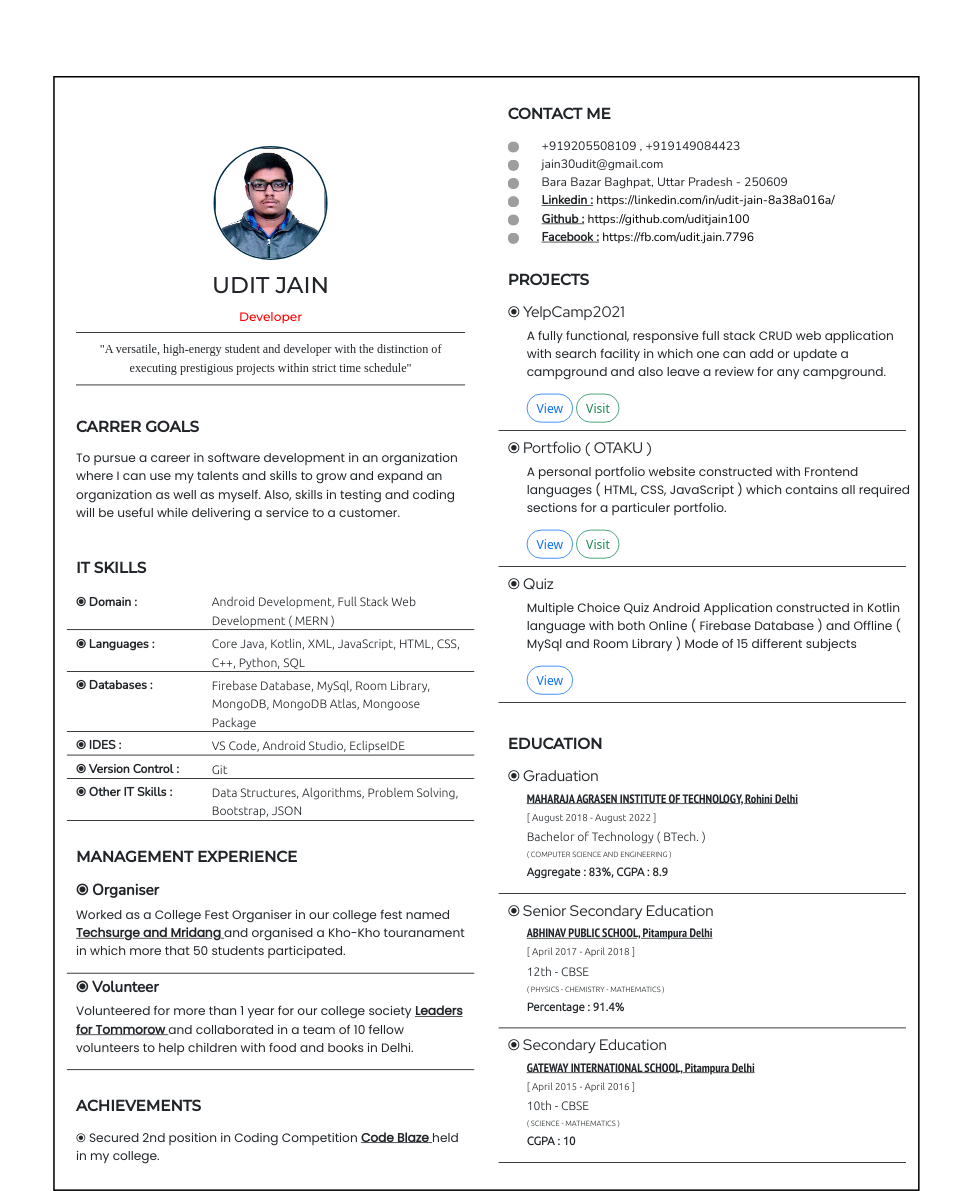
Repository: uditjain100/Resume
Page: index.html
These files come from the project's save history. The page is drawn as it stood at one moment and after the next save; the edit follows.
The browser window is 1280 px wide. The pictures show the whole page, at 76% of full size.
Pictures or frames that could not be fetched are drawn as grey boxes. Some web fonts or font styles are not loaded; a fallback is used. Some web libraries are served in a nearby version.

Above is the page before, as saved 2021-03-03 00:23:23.

### index.html
<!-- <a
href="https://linkedin.com/in/udit-jain-8a38a016a/"
class="btn btn-outline-success rounded-pill"
>Linkedin</a
> -->
<!DOCTYPE html>
<html lang="en">
  <head>
    <meta charset="UTF-8" />
    <meta http-equiv="X-UA-Compatible" content="IE=edge" />
    <meta name="viewport" content="width=device-width, initial-scale=1.0" />
    <title>RESUME : Udit Jain</title>
    <link rel="stylesheet" href="app.css" />
    <script
      src="https://code.jquery.com/jquery-3.5.1.min.js"
      integrity="sha256-9/aliU8dGd2tb6OSsuzixeV4y/faTqgFtohetphbbj0="
      crossorigin="anonymous"
    ></script>
    <link
      href="https://cdn.jsdelivr.net/npm/bootstrap@5.0.0-beta1/dist/css/bootstrap.min.css"
      rel="stylesheet"
      integrity="sha384-giJF6kkoqNQ00vy+HMDP7azOuL0xtbfIcaT9wjKHr8RbDVddVHyTfAAsrekwKmP1"
      crossorigin="anonymous"
    />

    <link rel="preconnect" href="https://fonts.gstatic.com" />
    <link
      href="https://fonts.googleapis.com/css2?family=Montserrat:wght@300;500&display=swap"
      rel="stylesheet"
    />
    <link
      href="https://fonts.googleapis.com/css2?family=Roboto+Slab:wght@300&display=swap"
      rel="stylesheet"
    />
    <link
      href="https://fonts.googleapis.com/css2?family=Spartan:wght@500&display=swap"
      rel="stylesheet"
    />
    <link
      href="https://fonts.googleapis.com/css2?family=Red+Hat+Display&display=swap"
      rel="stylesheet"
    />
    <link
      href="https://fonts.googleapis.com/css2?family=Ubuntu:wght@300&display=swap"
      rel="stylesheet"
    />
    <link
      href="https://fonts.googleapis.com/css2?family=Quicksand:wght@700&display=swap"
      rel="stylesheet"
    />
    <link
      href="https://fonts.googleapis.com/css2?family=Nunito&display=swap"
      rel="stylesheet"
    />
    <link
      href="https://fonts.googleapis.com/css2?family=Akaya+Kanadaka&display=swap"
      rel="stylesheet"
    />
    <link
      href="https://fonts.googleapis.com/css2?family=Akaya+Kanadaka&family=PT+Sans+Narrow:wght@700&display=swap"
      rel="stylesheet"
    />
    <link
      href="https://fonts.googleapis.com/css2?family=Poppins:wght@400&display=swap"
      rel="stylesheet"
    />
  </head>
  <body class="md-5">
    <div class="container">
      <div id="wholewindow" class="row md-5">
        <div id="leftwindow" class="col-6">
          <div id="namebox" style="border: none">
            <img
              id="profileimg"
              src="profile.jpg"
              class="card-img-top"
              alt="..."
            />
            <div class="card-body">
              <h3 class="card-title" style="font-size: 30px; font-weight: 400">
                UDIT JAIN
              </h3>
              <h6 class="card-subtitle mx-auto">Developer</h6>
              <p id="summary">
                "A versatile, high-energy student and developer with the
                distinction of executing prestigious projects within strict time
                schedule"
              </p>
            </div>
          </div>
          <div id="goalbox" style="border: none">
            <div class="card-body">
              <h3 class="card-title">CARRER GOALS</h3>
              <p>
                To pursue a career in software development in an organization
                where I can use my talents and skills to grow and expand an
                organization as well as myself. Also, skills in testing and
                coding will be useful while delivering a service to a customer.
              </p>
            </div>
          </div>
          <div id="itskillsbox" style="border: none">
            <div class="card-body">
              <h3 class="card-title">IT SKILLS</h3>
              <ul class="list-group">
                <li id="itskillsitem" class="row">
                  <span class="col-4" id="que">⦿ Domain : </span>
                  <span class="col-8" id="ans"
                    >Android Development, Full Stack Web Development ( MERN
                    )</span
                  >
                </li>
                <li id="itskillsitem" class="row">
                  <span class="col-4" id="que">⦿ Languages : </span>
                  <span class="col-8" id="ans"
                    >Core Java, Kotlin, XML, JavaScript, HTML, CSS, C++, Python,
                    SQL</span
                  >
                </li>
                <li id="itskillsitem" class="row">
                  <span class="col-4" id="que">⦿ Databases : </span>
                  <span class="col-8" id="ans"
                    >Firebase Database, MySql, Room Library, MongoDB, MongoDB
                    Atlas, Mongoose Package</span
                  >
                </li>
                <li id="itskillsitem" class="row">
                  <span class="col-4" id="que">⦿ IDES : </span>
                  <span class="col-8" id="ans"
                    >VS Code, Android Studio, EclipseIDE</span
                  >
                </li>
                <li id="itskillsitem" class="row">
                  <span class="col-4" id="que">⦿ Version Control : </span>
                  <span class="col-8" id="ans">Git</span>
                </li>
                <li id="itskillsitem" class="row">
                  <span class="col-4" id="que">⦿ Other IT Skills : </span>
                  <span class="col-8" id="ans"
                    >Data Structures, Algorithms, Problem Solving, Bootstrap,
                    JSON</span
                  >
                </li>
              </ul>
            </div>
          </div>
          <div id="managementskillsbox" style="border: none">
            <div class="card-body">
              <h3 class="card-title">MANAGEMENT EXPERIENCE</h3>
              <ul class="list-group">
                <li id="managementskillsitem" class="row">
                  <h5 id="que" class="display-10">⦿ Organiser</h5>
                  <p>
                    Worked as a College Fest Organiser in our college fest named
                    <span style="font-weight: 700; text-decoration: underline"
                      >Techsurge and Mridang
                    </span>
                    and organised a Kho-Kho touranament in which more that 50
                    students participated.
                  </p>
                </li>
                <li id="managementskillsitem" class="row">
                  <h5 id="que" class="display-10">⦿ Volunteer</h5>
                  <p>
                    Volunteered for more than 1 year for our college society
                    <span style="font-weight: 700; text-decoration: underline"
                      >Leaders for Tommorow </span
                    >and collaborated in a team of 10 fellow volunteers to help
                    children with food and books in Delhi.
                  </p>
                </li>
              </ul>
            </div>
          </div>
          <div id="achievementsbox" style="border: none">
            <div class="card-body">
              <h3 class="card-title">ACHIEVEMENTS</h3>
              <ul class="list-group">
                <li id="achievementitem" class="row">
                  <p>
                    ⦿ Secured 2nd position in Coding Competition
                    <span style="font-weight: 700; text-decoration: underline"
                      >Code Blaze
                    </span>
                    held in my college.
                  </p>
                </li>
              </ul>
            </div>
          </div>
        </div>
        <div id="rightwindow" class="col-6">
          <div id="contactbox" style="border: none">
            <div class="card-body">
              <h3 class="card-title">CONTACT ME</h3>
              <ul class="list-group">
                <li id="contactitem" class="row">
                  <div class="col-1">
                    <img
                      src="https://cdn.jsdelivr.net/npm/simple-icons@3.0.1/icons/android.svg"
                      alt=""
                    />
                  </div>
                  <div class="col-11">+919205508109 , +919149084423</div>
                </li>
                <li id="contactitem" class="row">
                  <div class="col-1">
                    <img
                      src="https://cdn.jsdelivr.net/npm/simple-icons@3.0.1/icons/gmail.svg"
                      alt=""
                    />
                  </div>
                  <div class="col-11">jain30udit@gmail.com</div>
                </li>
                <li id="contactitem" class="row">
                  <div class="col-1">
                    <img
                      src="https://cdn.jsdelivr.net/npm/simple-icons@3.0.1/icons/googlemaps.svg"
                      alt=""
                    />
                  </div>
                  <div class="col-11">
                    Bara Bazar Baghpat, Uttar Pradesh - 250609
                  </div>
                </li>
                <!-- <li id="contactitem" class="row">
                  <div class="col-1">
                    <img
                      src="https://cdn.jsdelivr.net/npm/simple-icons@4.13.0/icons/webpack.svg"
                      alt=""
                    />
                  </div>
                  <div style="text-align: left; margin-left: 0" class="col-11">
                    <span style="text-decoration: underline; font-weight: 800"
                      >Portfolio :</span
                    >
                    <a
                      href="https://sheltered-basin-88055.herokuapp.com/campgrounds/home"
                      ><span
                        >https://sheltered-basin-88055.herokuapp.com/campgrounds/home</span
                      ></a
                    >
                  </div>
                </li> -->
                <li id="contactitem" class="row">
                  <div class="col-1">
                    <img
                      src="https://cdn.jsdelivr.net/npm/simple-icons@4.13.0/icons/github.svg"
                      alt=""
                    />
                  </div>
                  <div style="text-align: left; margin-left: 0" class="col-11">
                    <span style="text-decoration: underline; font-weight: 800"
                      >Linkedin :</span
                    >
                    <a href="https://linkedin.com/in/udit-jain-8a38a016a/"
                      ><span
                        >https://linkedin.com/in/udit-jain-8a38a016a/</span
                      ></a
                    >
                  </div>
                </li>
                <li id="contactitem" class="row">
                  <div class="col-1">
                    <img
                      src="https://cdn.jsdelivr.net/npm/simple-icons@4.13.0/icons/linkedin.svg"
                      alt=""
                    />
                  </div>
                  <div style="text-align: left; margin-left: 0" class="col-11">
                    <span style="text-decoration: underline; font-weight: 800"
                      >Github :</span
                    >
                    <a href="https://github.com/uditjain100"
                      ><span>https://github.com/uditjain100</span></a
                    >
                  </div>
                </li>
                <li id="contactitem" class="row">
                  <div class="col-1">
                    <img
                      src="https://cdn.jsdelivr.net/npm/simple-icons@4.13.0/icons/facebook.svg"
                      alt=""
                    />
                  </div>
                  <div style="text-align: left; margin-left: 0" class="col-11">
                    <span style="text-decoration: underline; font-weight: 800"
                      >Facebook :</span
                    >
                    <a href="https://fb.com/udit.jain.7796"
                      ><span>https://fb.com/udit.jain.7796</span></a
                    >
                  </div>
                </li>
              </ul>
            </div>
          </div>
          <div id="projectbox" style="border: none">
            <div class="card-body">
              <h3 class="card-title">PROJECTS</h3>
              <ul class="list-group">
                <li id="projectitem" class="row">
                  <h5 id="projecttitle" class="display-10">⦿ YelpCamp2021</h5>
                  <div id="projectdetails">
                    <p>
                      A fully functional, responsive full stack CRUD web
                      application with search facility in which one can add or
                      update a campground and also leave a review for any
                      campground.
                    </p>
                    <span>
                      <a
                        href="https://github.com/uditjain100/YelpCamp2021"
                        class="btn btn-outline-primary rounded-pill"
                        >View</a
                      >
                      <a
                        href="https://sheltered-basin-88055.herokuapp.com/campgrounds/home"
                        class="btn btn-outline-success rounded-pill"
                        >Visit</a
                      >
                    </span>
                  </div>
                </li>
                <li id="projectitem" class="row">
                  <h5 id="projecttitle" class="display-10">
                    ⦿ Portfolio ( OTAKU )
                  </h5>
                  <div id="projectdetails">
                    <p>
                      A personal portfolio website constructed with Frontend
                      languages ( HTML, CSS, JavaScript ) which contains all
                      required sections for a particuler portfolio.
                    </p>
                    <span>
                      <a
                        href="https://github.com/uditjain100/Portfolio"
                        class="btn btn-outline-primary rounded-pill"
                        >View</a
                      >
                      <a
                        href="https://sheltered-basin-88055.herokuapp.com/campgrounds/home"
                        class="btn btn-outline-success rounded-pill"
                        >Visit</a
                      >
                    </span>
                  </div>
                </li>
                <li id="projectitem" class="row">
                  <h5 id="projecttitle" class="display-10">⦿ Quiz</h5>
                  <div id="projectdetails">
                    <p>
                      Multiple Choice Quiz Android Application constructed in
                      Kotlin language with both Online ( Firebase Database ) and
                      Offline ( MySql and Room Library ) Mode of 15 different
                      subjects
                    </p>
                    <span>
                      <a
                        href="https://github.com/uditjain100/Quiz"
                        class="btn btn-outline-primary rounded-pill"
                        >View</a
                      >
                    </span>
                  </div>
                </li>
              </ul>
            </div>
          </div>
          <div id="educationbox" style="border: none">
            <div class="card-body">
              <h3 class="card-title">EDUCATION</h3>
              <ul class="list-group">
                <li id="educationitem" class="row">
                  <h5 id="educationtitle" class="display-10">⦿ Graduation</h5>
                  <div id="details" style="margin-left: 25px">
                    <h6
                      id="institutename"
                      style="font-family: 'PT Sans Narrow'"
                      class="display-12"
                    >
                      MAHARAJA AGRASEN INSTITUTE OF TECHNOLOGY, Rohini Delhi
                    </h6>
                    <h6
                      class="text-fade"
                      id="timestamp"
                      style="font-weight: 400"
                    >
                      [ August 2018 - August 2022 ]
                    </h6>
                    <h6 id="stream">Bachelor of Technology ( BTech. )</h6>
                    <h6 id="subjects">( COMPUTER SCIENCE AND ENGINEERING )</h6>
                    <h6 id="marks">Aggregate : 83%, CGPA : 8.9</h6>
                  </div>
                </li>
                <li id="educationitem" class="row">
                  <h5 id="educationtitle" class="display-10">
                    ⦿ Senior Secondary Education
                  </h5>
                  <div id="details" style="margin-left: 25px">
                    <h6
                      id="institutename"
                      style="font-family: 'PT Sans Narrow'"
                      class="display-12"
                    >
                      ABHINAV PUBLIC SCHOOL, Pitampura Delhi
                    </h6>
                    <h6
                      class="text-fade"
                      id="timestamp"
                      style="font-weight: 400"
                    >
                      [ April 2017 - April 2018 ]
                    </h6>
                    <h6 id="stream">12th - CBSE</h6>
                    <h6 id="subjects">( PHYSICS - CHEMISTRY - MATHEMATICS )</h6>
                    <h6 id="marks">Percentage : 91.4%</h6>
                  </div>
                </li>
                <li id="educationitem" class="row">
                  <h5 id="educationtitle" class="display-10">
                    ⦿ Secondary Education
                  </h5>
                  <div id="details" style="margin-left: 25px">
                    <h6
                      id="institutename"
                      style="font-family: 'PT Sans Narrow'"
                      class="display-12"
                    >
                      GATEWAY INTERNATIONAL SCHOOL, Pitampura Delhi
                    </h6>
                    <h6
                      class="text-fade"
                      id="timestamp"
                      style="font-weight: 400"
                    >
                      [ April 2015 - April 2016 ]
                    </h6>
                    <h6 id="stream">10th - CBSE</h6>
                    <h6 id="subjects">( SCIENCE - MATHEMATICS )</h6>
                    <h6 id="marks">CGPA : 10</h6>
                  </div>
                </li>
              </ul>
            </div>
          </div>
        </div>
      </div>
    </div>

    <script
      src="https://cdn.jsdelivr.net/npm/@popperjs/core@2.6.0/dist/umd/popper.min.js"
      integrity="sha384-KsvD1yqQ1/1+IA7gi3P0tyJcT3vR+NdBTt13hSJ2lnve8agRGXTTyNaBYmCR/Nwi"
      crossorigin="anonymous"
    ></script>
    <script
      src="https://cdn.jsdelivr.net/npm/bootstrap@5.0.0-beta2/dist/js/bootstrap.min.js"
      integrity="sha384-nsg8ua9HAw1y0W1btsyWgBklPnCUAFLuTMS2G72MMONqmOymq585AcH49TLBQObG"
      crossorigin="anonymous"
    ></script>
  </body>
</html>

### app.css
/* * Common Section */

@keyframes transitionIn {
  from {
    opacity: 0;
    transform: rotateY(-10deg);
  }
  to {
    opacity: 1;
    transform: rotateY(0);
  }
}

html {
  animation: transitionIn 1s;
}

/* * Navbar Section */

#navtitle {
  font-family: "Montserrat";
  font-size: 25px;
  font-weight: 300;
  margin-left: 30px;
}

/*  ********************* resume work */

#wholewindow {
  margin-top: 100px;
  border: 2px black solid;
  display: flex;
  flex-direction: row;
  flex-wrap: wrap;
  justify-content: space-evenly;
  /* align-items: center; */
}

#leftwindow {
  margin-top: 80px;
  min-width: 250px;
}

#rightwindow {
  margin-top: 20px;
  min-width: 250px;
}

#namebox {
  display: flex;
  flex-direction: column;
  flex-wrap: wrap;
  align-items: center;
  text-align: center;
  font-family: "Montserrat";
}

#profileimg {
  width: 150px;
  height: 150px;
  border-radius: 50%;
  border: 2px #003049 solid;
  margin-top: 10px;
}
#summary {
  font-family: "Akaya Kanadaka";
  margin-top: 10px;
  margin-bottom: 10px;
  padding-top: 10px;
  padding-bottom: 10px;

  border-bottom: 1px black solid;
  border-top: 1px black solid;
}

.card-subtitle {
  color: red;
}

#itskillsitem,
#managementskillsitem {
  border-bottom: 1px black solid;
  margin-top: 3px;
  margin-bottom: 3px;
}

#que {
  font-family: "Nunito";
  font-weight: 900;
  text-align: left;
}

#ans {
  font-family: "Ubuntu";
  font-weight: 400;
  text-align: left;
}

li img {
  width: 15px;
  height: 15px;
  border-radius: 50%;
  margin-right: 5px;
}

#contactitem {
  font-family: "Nunito";
}

#contactitem div a {
  color: black;
  text-decoration: none;
  transition: 0.3s;
}

#contactitem div a:hover {
  color: dodgerblue;
  text-decoration: underline;
}

#educationtitle {
  font-family: "Red Hat Display";
  font-weight: 200;
}

#educationitem,
#projectitem {
  margin-bottom: 10px;
  padding-bottom: 10px;
  border-bottom: 1px black solid;
}

#details {
  font-family: "Ubuntu";
}

#institutename {
  text-decoration: underline;
}

#timestamp {
  font-size: 13px;
}

#stream {
  font-size: 16px;
  font-weight: 400;
}

#subjects {
  font-size: 10px;
  font-weight: 300;
}

#marks {
  font-size: 15px;
  font-weight: 700;
}

#projecttitle {
  font-family: "Red Hat Display";
  font-weight: 400;
}

#projectdetails {
  margin-left: 25px;
}

p {
  font-family: "Poppins";
}

.card {
  background-color: black;
}

.card-title {
  font-family: "Montserrat";
  font-weight: 900;
  font-size: 20px;
  padding-bottom: 10px;
  border: none;
}

/* * Common Section */

.footer {
  position: -webkit-sticky;
  left: 0;
  bottom: 0;
  width: 100%;
  color: white;
  text-align: center;
  font-family: "Montserrat";
}

After the next save:
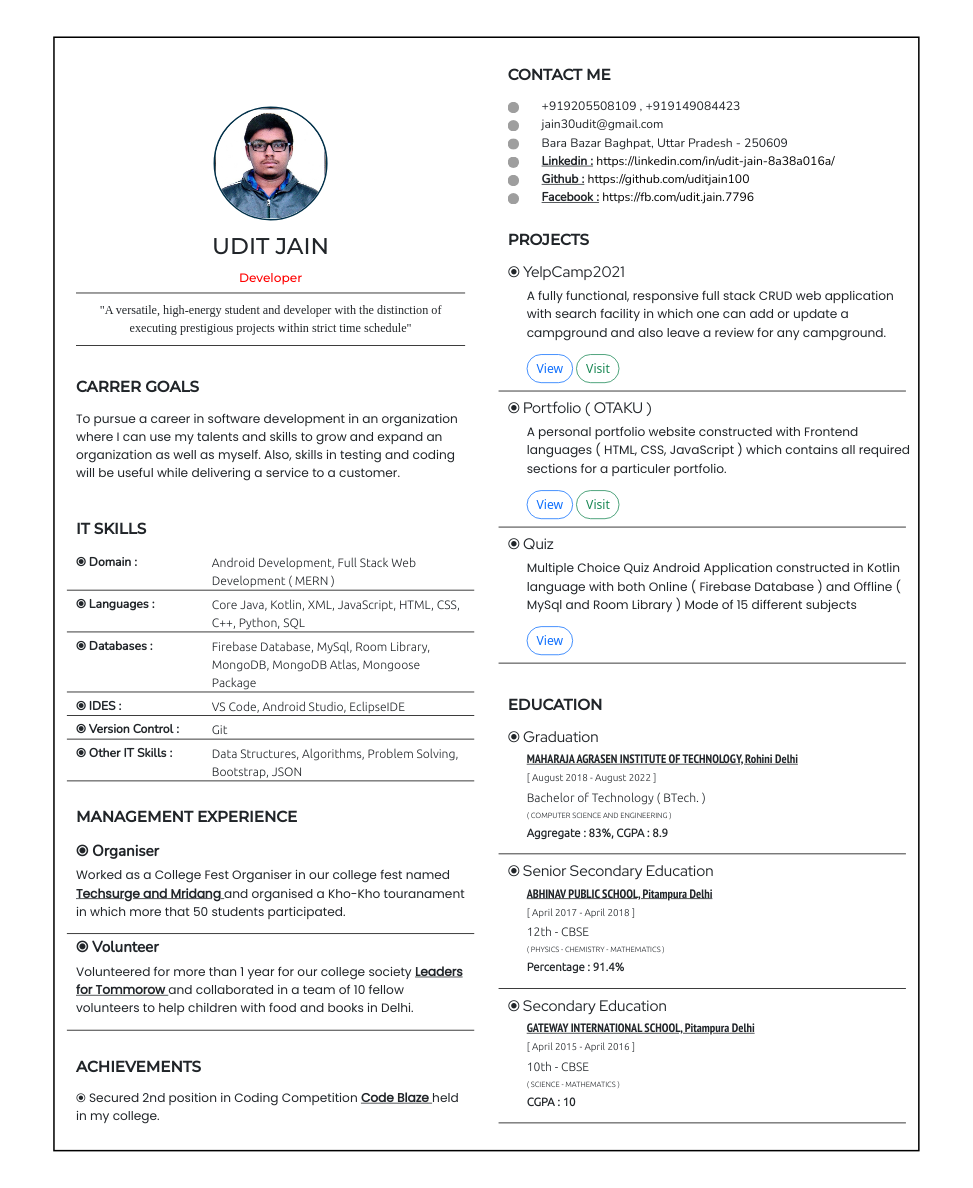
Saved 24 s later.
--- a/index.html
+++ b/index.html
@@ -67,7 +67,7 @@ class="btn btn-outline-success rounded-pill"
   </head>
   <body class="md-5">
     <div class="container">
-      <div id="wholewindow" class="row md-5">
+      <div id="wholewindow" class="row my-5">
         <div id="leftwindow" class="col-6">
           <div id="namebox" style="border: none">
             <img
